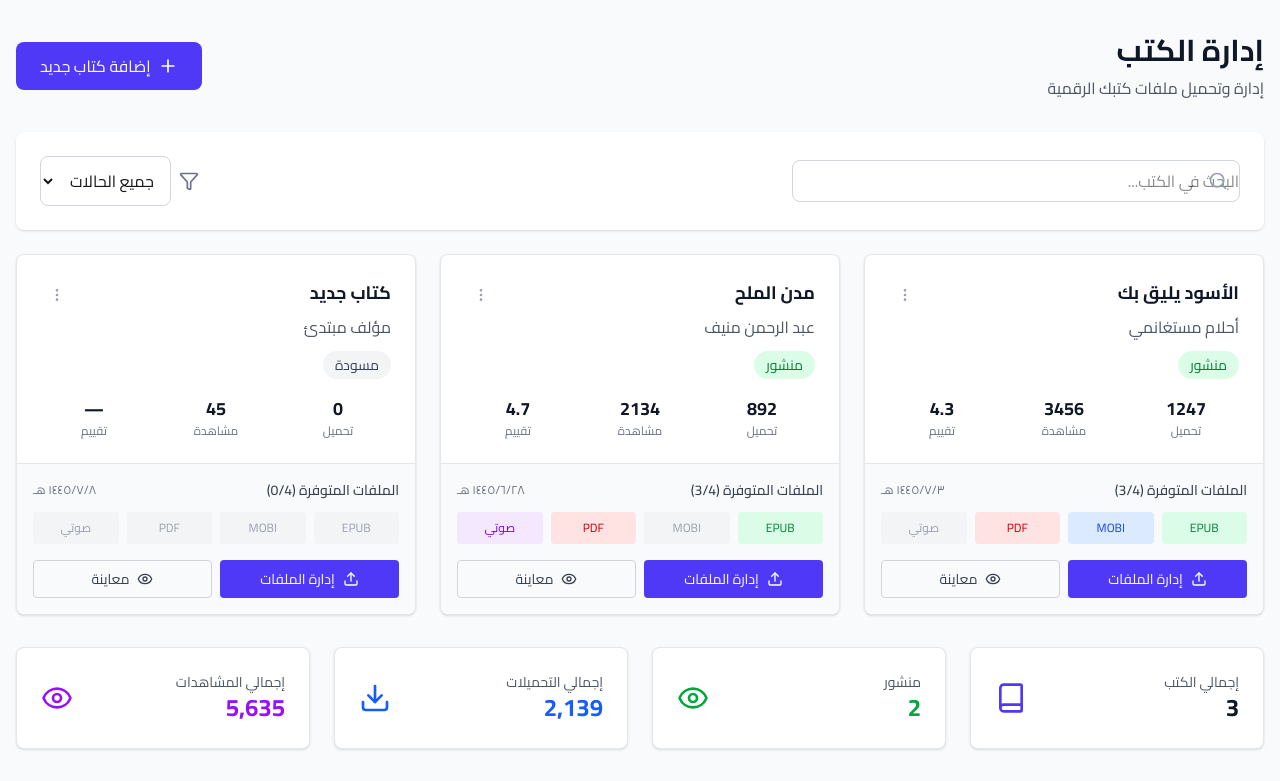
Repository: ahmedhd123/kitab
Page: /admin/books (app in web-app/)
The author's editor kept a copy of each file at every save. The page is drawn from the files as they stood at one save, then again after the next save.
The browser window is 1280 px wide. The pictures show the whole page.
The page's requests for data from a server got no answer. The project was rebuilt for these pictures with package versions that can differ from the ones it lists, and the page was loaded fresh each time. The framework's server and built-in components were replaced by stand-ins that run in the browser. No one was signed in, and anything a server would have sent is missing. Also part of the build but not shown: web-app/next.config.ts, web-app/src/components/Toast.tsx, web-app/src/components/BookFileManager.tsx.

Above is the page before, as saved 2025-08-12 22:21:20.

### web-app/src/app/layout.tsx
import type { Metadata } from "next";
import { Geist, Geist_Mono, Cairo, Noto_Sans_Arabic } from "next/font/google";
import "./globals.css";
import { ToastProvider } from "@/components/ToastProvider";

const geistSans = Geist({
  variable: "--font-geist-sans",
  subsets: ["latin"],
});

const geistMono = Geist_Mono({
  variable: "--font-geist-mono",
  subsets: ["latin"],
});

const cairo = Cairo({
  variable: "--font-cairo",
  subsets: ["arabic", "latin"],
  display: "swap",
});

const notoSansArabic = Noto_Sans_Arabic({
  variable: "--font-noto-arabic",
  subsets: ["arabic", "latin"],
  display: "swap",
});

export const metadata: Metadata = {
  title: "كتابي - منصة الكتب الذكية",
  description: "منصة اجتماعية لمحبي الكتب مع ميزات الذكاء الاصطناعي",
};

export default function RootLayout({
  children,
}: Readonly<{
  children: React.ReactNode;
}>) {
  return (
    <html lang="ar" dir="rtl">
      <body
        className={`${geistSans.variable} ${geistMono.variable} ${cairo.variable} ${notoSansArabic.variable} antialiased font-cairo`}
      >
        <ToastProvider>
          {children}
        </ToastProvider>
      </body>
    </html>
  );
}

### web-app/src/app/admin/books/page.tsx
'use client';

import { useState, useEffect } from 'react';
import { useRouter } from 'next/navigation';
import {
  Plus,
  Upload,
  Book,
  Edit,
  Trash2,
  Eye,
  Settings,
  Filter,
  Search,
  Download,
  MoreVertical
} from 'lucide-react';
import BookFileManager from '../../../components/BookFileManager';

interface Book {
  _id: string;
  title: string;
  author: string;
  status: 'draft' | 'published' | 'pending';
  createdAt: string;
  downloadCount: number;
  rating: number;
  files?: any;
}

export default function ManageBooksPage() {
  const router = useRouter();
  const [selectedBook, setSelectedBook] = useState<string | null>(null);
  const [showFileManager, setShowFileManager] = useState(false);
  const [filter, setFilter] = useState('all');
  const [searchTerm, setSearchTerm] = useState('');

  // بيانات وهمية للكتب
  const [books] = useState<Book[]>([
    {
      id: '1',
      title: 'الأسود يليق بك',
      author: 'أحلام مستغانمي',
      status: 'published',
      createdAt: '2024-01-15',
      downloads: 1247,
      views: 3456,
      rating: 4.3,
      hasFiles: {
        epub: true,
        mobi: true,
        pdf: true,
        audiobook: false
      }
    },
    {
      id: '2',
      title: 'مدن الملح',
      author: 'عبد الرحمن منيف',
      status: 'published',
      createdAt: '2024-01-10',
      downloads: 892,
      views: 2134,
      rating: 4.7,
      hasFiles: {
        epub: true,
        mobi: false,
        pdf: true,
        audiobook: true
      }
    },
    {
      id: '3',
      title: 'كتاب جديد',
      author: 'مؤلف مبتدئ',
      status: 'draft',
      createdAt: '2024-01-20',
      downloads: 0,
      views: 45,
      rating: 0,
      hasFiles: {
        epub: false,
        mobi: false,
        pdf: false,
        audiobook: false
      }
    }
  ]);

  const statusLabels = {
    draft: 'مسودة',
    published: 'منشور',
    pending: 'قيد المراجعة'
  };

  const statusColors = {
    draft: 'bg-gray-100 text-gray-700',
    published: 'bg-green-100 text-green-700',
    pending: 'bg-yellow-100 text-yellow-700'
  };

  const filteredBooks = books.filter(book => {
    const matchesFilter = filter === 'all' || book.status === filter;
    const matchesSearch = book.title.toLowerCase().includes(searchTerm.toLowerCase()) ||
                         book.author.toLowerCase().includes(searchTerm.toLowerCase());
    return matchesFilter && matchesSearch;
  });

  const getFileCount = (hasFiles: Book['hasFiles']) => {
    return Object.values(hasFiles).filter(Boolean).length;
  };

  return (
    <div className="min-h-screen bg-gray-50 py-8">
      <div className="max-w-7xl mx-auto px-4">
        {/* Header */}
        <div className="flex items-center justify-between mb-8">
          <div className="text-right">
            <h1 className="text-3xl font-bold text-gray-900 mb-2">إدارة الكتب</h1>
            <p className="text-gray-600">إدارة وتحميل ملفات كتبك الرقمية</p>
          </div>
          <button
            onClick={() => router.push('/admin/books/new')}
            className="bg-indigo-600 text-white px-6 py-3 rounded-lg hover:bg-indigo-700 transition-colors flex items-center gap-2"
          >
            <Plus className="w-5 h-5" />
            إضافة كتاب جديد
          </button>
        </div>

        {/* Filters and Search */}
        <div className="bg-white rounded-lg shadow-sm p-6 mb-6">
          <div className="flex flex-col md:flex-row gap-4 items-center justify-between">
            {/* Search */}
            <div className="relative flex-1 max-w-md">
              <Search className="absolute right-3 top-1/2 transform -translate-y-1/2 text-gray-400 w-5 h-5" />
              <input
                type="text"
                placeholder="البحث في الكتب..."
                value={searchTerm}
                onChange={(e) => setSearchTerm(e.target.value)}
                className="w-full pr-10 pl-4 py-2 border border-gray-300 rounded-lg focus:ring-2 focus:ring-indigo-500 focus:border-transparent text-right"
              />
            </div>

            {/* Filters */}
            <div className="flex items-center gap-2">
              <Filter className="w-5 h-5 text-gray-500" />
              <select
                value={filter}
                onChange={(e) => setFilter(e.target.value)}
                className="border border-gray-300 rounded-lg px-3 py-2 focus:ring-2 focus:ring-indigo-500 focus:border-transparent"
              >
                <option value="all">جميع الحالات</option>
                <option value="published">منشور</option>
                <option value="draft">مسودة</option>
                <option value="pending">قيد المراجعة</option>
              </select>
            </div>
          </div>
        </div>

        {/* Books Grid */}
        <div className="grid grid-cols-1 lg:grid-cols-2 xl:grid-cols-3 gap-6 mb-8">
          {filteredBooks.map((book) => (
            <div key={book.id} className="bg-white rounded-lg shadow-sm border border-gray-200 overflow-hidden">
              {/* Book Header */}
              <div className="p-6 border-b border-gray-200">
                <div className="flex items-start justify-between mb-4">
                  <div className="text-right flex-1">
                    <h3 className="text-lg font-bold text-gray-900 mb-2">{book.title}</h3>
                    <p className="text-gray-600 mb-3">{book.author}</p>
                    <span className={`inline-block px-3 py-1 rounded-full text-sm ${statusColors[book.status]}`}>
                      {statusLabels[book.status]}
                    </span>
                  </div>
                  <div className="relative">
                    <button className="p-2 text-gray-400 hover:text-gray-600 transition-colors">
                      <MoreVertical className="w-4 h-4" />
                    </button>
                  </div>
                </div>

                {/* Stats */}
                <div className="grid grid-cols-3 gap-4 text-center">
                  <div>
                    <div className="text-lg font-bold text-gray-900">{book.downloads}</div>
                    <div className="text-xs text-gray-500">تحميل</div>
                  </div>
                  <div>
                    <div className="text-lg font-bold text-gray-900">{book.views}</div>
                    <div className="text-xs text-gray-500">مشاهدة</div>
                  </div>
                  <div>
                    <div className="text-lg font-bold text-gray-900">{book.rating || '—'}</div>
                    <div className="text-xs text-gray-500">تقييم</div>
                  </div>
                </div>
              </div>

              {/* File Status */}
              <div className="p-4 bg-gray-50">
                <div className="flex items-center justify-between mb-3">
                  <span className="text-sm font-medium text-gray-700">
                    الملفات المتوفرة ({getFileCount(book.hasFiles)}/4)
                  </span>
                  <div className="text-xs text-gray-500">
                    {new Date(book.createdAt).toLocaleDateString('ar-SA')}
                  </div>
                </div>

                <div className="grid grid-cols-4 gap-2 mb-4">
                  {[
                    { key: 'epub', label: 'EPUB', color: 'green' },
                    { key: 'mobi', label: 'MOBI', color: 'blue' },
                    { key: 'pdf', label: 'PDF', color: 'red' },
                    { key: 'audiobook', label: 'صوتي', color: 'purple' }
                  ].map(({ key, label, color }) => (
                    <div
                      key={key}
                      className={`text-center p-2 rounded text-xs ${
                        book.hasFiles[key as keyof Book['hasFiles']]
                          ? `bg-${color}-100 text-${color}-700`
                          : 'bg-gray-100 text-gray-400'
                      }`}
                    >
                      {label}
                    </div>
                  ))}
                </div>

                {/* Actions */}
                <div className="grid grid-cols-2 gap-2">
                  <button
                    onClick={() => {
                      setSelectedBook(book.id);
                      setShowFileManager(true);
                    }}
                    className="flex items-center justify-center gap-2 px-3 py-2 text-sm bg-indigo-600 text-white rounded hover:bg-indigo-700 transition-colors"
                  >
                    <Upload className="w-4 h-4" />
                    إدارة الملفات
                  </button>
                  <button className="flex items-center justify-center gap-2 px-3 py-2 text-sm border border-gray-300 text-gray-700 rounded hover:bg-gray-50 transition-colors">
                    <Eye className="w-4 h-4" />
                    معاينة
                  </button>
                </div>
              </div>
            </div>
          ))}
        </div>

        {/* File Manager Modal */}
        {showFileManager && selectedBook && (
          <div className="fixed inset-0 bg-black bg-opacity-50 flex items-center justify-center p-4 z-50">
            <div className="bg-white rounded-2xl max-w-4xl w-full max-h-[90vh] overflow-y-auto">
              <div className="flex items-center justify-between p-6 border-b border-gray-200">
                <h2 className="text-2xl font-bold text-gray-900">
                  إدارة ملفات: {books.find(b => b.id === selectedBook)?.title}
                </h2>
                <button
                  onClick={() => {
                    setShowFileManager(false);
                    setSelectedBook(null);
                  }}
                  className="text-gray-400 hover:text-gray-600 transition-colors"
                >
                  <span className="sr-only">إغلاق</span>
                  ✕
                </button>
              </div>

              <div className="p-6">
                <BookFileManager bookId={selectedBook} />
              </div>
            </div>
          </div>
        )}

        {/* Summary Cards */}
        <div className="grid grid-cols-1 md:grid-cols-4 gap-6">
          <div className="bg-white rounded-lg shadow-sm p-6 border border-gray-200">
            <div className="flex items-center justify-between">
              <div className="text-right">
                <p className="text-gray-600 text-sm">إجمالي الكتب</p>
                <p className="text-2xl font-bold text-gray-900">{books.length}</p>
              </div>
              <Book className="w-8 h-8 text-indigo-600" />
            </div>
          </div>

          <div className="bg-white rounded-lg shadow-sm p-6 border border-gray-200">
            <div className="flex items-center justify-between">
              <div className="text-right">
                <p className="text-gray-600 text-sm">منشور</p>
                <p className="text-2xl font-bold text-green-600">
                  {books.filter(b => b.status === 'published').length}
                </p>
              </div>
              <Eye className="w-8 h-8 text-green-600" />
            </div>
          </div>

          <div className="bg-white rounded-lg shadow-sm p-6 border border-gray-200">
            <div className="flex items-center justify-between">
              <div className="text-right">
                <p className="text-gray-600 text-sm">إجمالي التحميلات</p>
                <p className="text-2xl font-bold text-blue-600">
                  {books.reduce((sum, book) => sum + book.downloads, 0).toLocaleString()}
                </p>
              </div>
              <Download className="w-8 h-8 text-blue-600" />
            </div>
          </div>

          <div className="bg-white rounded-lg shadow-sm p-6 border border-gray-200">
            <div className="flex items-center justify-between">
              <div className="text-right">
                <p className="text-gray-600 text-sm">إجمالي المشاهدات</p>
                <p className="text-2xl font-bold text-purple-600">
                  {books.reduce((sum, book) => sum + book.views, 0).toLocaleString()}
                </p>
              </div>
              <Eye className="w-8 h-8 text-purple-600" />
            </div>
          </div>
        </div>
      </div>
    </div>
  );
}

### web-app/src/components/ToastProvider.tsx
'use client';

import React, { createContext, useContext, useState, ReactNode } from 'react';
import Toast, { ToastType } from './Toast';

interface ToastItem {
  id: string;
  type: ToastType;
  title: string;
  message?: string;
  duration?: number;
}

interface ToastContextType {
  showToast: (type: ToastType, title: string, message?: string, duration?: number) => void;
  showSuccess: (title: string, message?: string) => void;
  showError: (title: string, message?: string) => void;
  showWarning: (title: string, message?: string) => void;
  showInfo: (title: string, message?: string) => void;
  clearToasts: () => void;
}

const ToastContext = createContext<ToastContextType | undefined>(undefined);

export const useToast = () => {
  const context = useContext(ToastContext);
  if (!context) {
    throw new Error('useToast must be used within a ToastProvider');
  }
  return context;
};

interface ToastProviderProps {
  children: ReactNode;
}

export const ToastProvider = ({ children }: ToastProviderProps) => {
  const [toasts, setToasts] = useState<ToastItem[]>([]);

  const showToast = (
    type: ToastType,
    title: string,
    message?: string,
    duration: number = 5000
  ) => {
    const id = Date.now().toString();
    const newToast: ToastItem = {
      id,
      type,
      title,
      message,
      duration
    };

    setToasts(prev => [...prev, newToast]);
  };

  const showSuccess = (title: string, message?: string) => {
    showToast('success', title, message);
  };

  const showError = (title: string, message?: string) => {
    showToast('error', title, message);
  };

  const showWarning = (title: string, message?: string) => {
    showToast('warning', title, message);
  };

  const showInfo = (title: string, message?: string) => {
    showToast('info', title, message);
  };

  const clearToasts = () => {
    setToasts([]);
  };

  const removeToast = (id: string) => {
    setToasts(prev => prev.filter(toast => toast.id !== id));
  };

  return (
    <ToastContext.Provider
      value={{
        showToast,
        showSuccess,
        showError,
        showWarning,
        showInfo,
        clearToasts
      }}
    >
      {children}

      {/* Toast Container */}
      <div className="fixed top-4 right-4 z-50 space-y-2">
        {toasts.map((toast, index) => (
          <div
            key={toast.id}
            style={{
              transform: `translateY(${index * 80}px)`,
              zIndex: 1000 - index
            }}
          >
            <Toast
              id={toast.id}
              type={toast.type}
              title={toast.title}
              message={toast.message}
              duration={toast.duration}
              onClose={removeToast}
            />
          </div>
        ))}
      </div>
    </ToastContext.Provider>
  );
};

Loaded but not shown: web-app/src/app/globals.css (207 lines, source omitted)

After the next save:
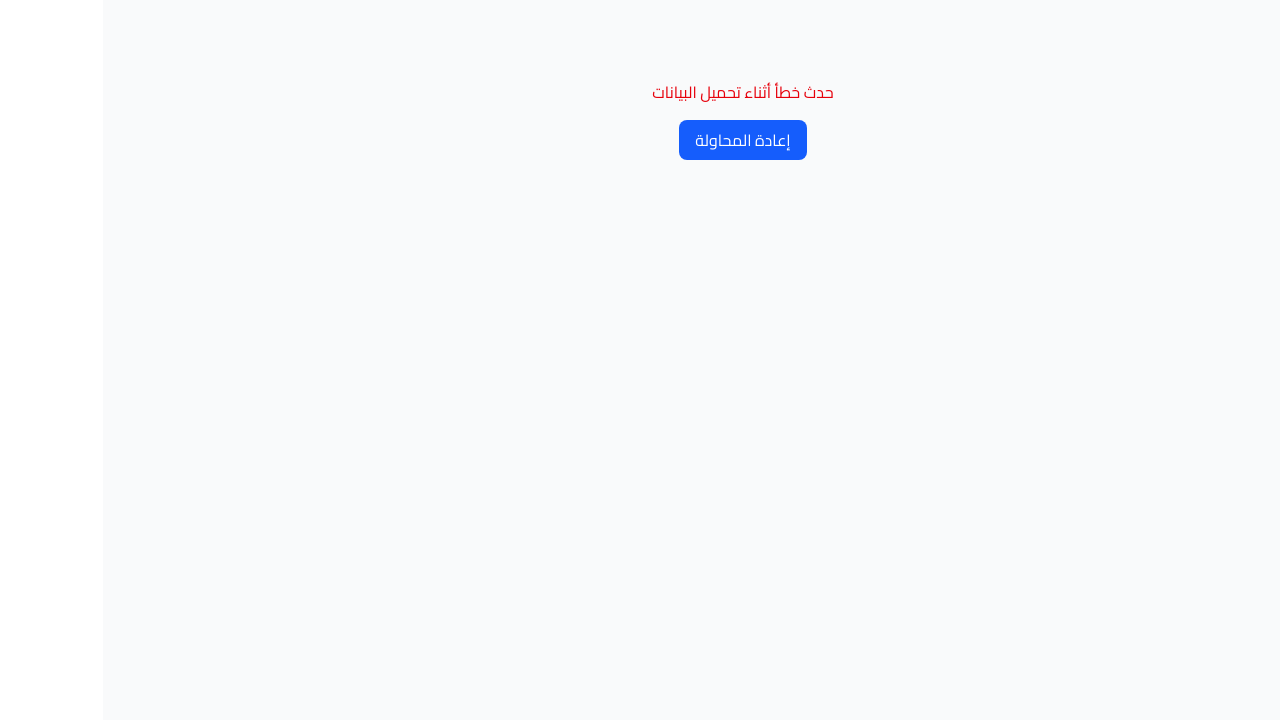
Saved 25 s later.
--- a/web-app/src/app/admin/books/page.tsx
+++ b/web-app/src/app/admin/books/page.tsx
@@ -34,58 +34,37 @@ export default function ManageBooksPage() {
   const [showFileManager, setShowFileManager] = useState(false);
   const [filter, setFilter] = useState('all');
   const [searchTerm, setSearchTerm] = useState('');
-
-  // بيانات وهمية للكتب
-  const [books] = useState<Book[]>([
-    {
-      id: '1',
-      title: 'الأسود يليق بك',
-      author: 'أحلام مستغانمي',
-      status: 'published',
-      createdAt: '2024-01-15',
-      downloads: 1247,
-      views: 3456,
-      rating: 4.3,
-      hasFiles: {
-        epub: true,
-        mobi: true,
-        pdf: true,
-        audiobook: false
+  const [books, setBooks] = useState<Book[]>([]);
+  const [loading, setLoading] = useState(true);
+  const [error, setError] = useState<string | null>(null);
+
+  useEffect(() => {
+    fetchBooks();
+  }, []);
+
+  const fetchBooks = async () => {
+    try {
+      const response = await fetch('/api/admin/books', {
+        headers: {
+          'Authorization': `Bearer ${localStorage.getItem('token')}`
+        }
+      });
+
+      if (response.ok) {
+        const data = await response.json();
+        if (data.success) {
+          setBooks(data.data.books || []);
+        }
+      } else {
+        setError('فشل في تحميل الكتب');
       }
-    },
-    {
-      id: '2',
-      title: 'مدن الملح',
-      author: 'عبد الرحمن منيف',
-      status: 'published',
-      createdAt: '2024-01-10',
-      downloads: 892,
-      views: 2134,
-      rating: 4.7,
-      hasFiles: {
-        epub: true,
-        mobi: false,
-        pdf: true,
-        audiobook: true
-      }
-    },
-    {
-      id: '3',
-      title: 'كتاب جديد',
-      author: 'مؤلف مبتدئ',
-      status: 'draft',
-      createdAt: '2024-01-20',
-      downloads: 0,
-      views: 45,
-      rating: 0,
-      hasFiles: {
-        epub: false,
-        mobi: false,
-        pdf: false,
-        audiobook: false
-      }
+    } catch (error) {
+      console.error('Error fetching books:', error);
+      setError('حدث خطأ أثناء تحميل البيانات');
+    } finally {
+      setLoading(false);
     }
-  ]);
+  };
 
   const statusLabels = {
     draft: 'مسودة',
@@ -106,9 +85,40 @@ export default function ManageBooksPage() {
     return matchesFilter && matchesSearch;
   });
 
-  const getFileCount = (hasFiles: Book['hasFiles']) => {
-    return Object.values(hasFiles).filter(Boolean).length;
+  const getFileCount = (files: any) => {
+    if (!files) return 0;
+    return Object.keys(files).length;
   };
+
+  if (loading) {
+    return (
+      <div className="min-h-screen bg-gray-50 py-8">
+        <div className="max-w-7xl mx-auto px-4">
+          <div className="flex justify-center items-center h-64">
+            <div className="animate-spin rounded-full h-12 w-12 border-b-2 border-blue-600"></div>
+          </div>
+        </div>
+      </div>
+    );
+  }
+
+  if (error) {
+    return (
+      <div className="min-h-screen bg-gray-50 py-8">
+        <div className="max-w-7xl mx-auto px-4">
+          <div className="text-center py-12">
+            <p className="text-red-600">{error}</p>
+            <button
+              onClick={fetchBooks}
+              className="mt-4 bg-blue-600 text-white px-4 py-2 rounded-lg hover:bg-blue-700"
+            >
+              إعادة المحاولة
+            </button>
+          </div>
+        </div>
+      </div>
+    );
+  }
 
   return (
     <div className="min-h-screen bg-gray-50 py-8">
